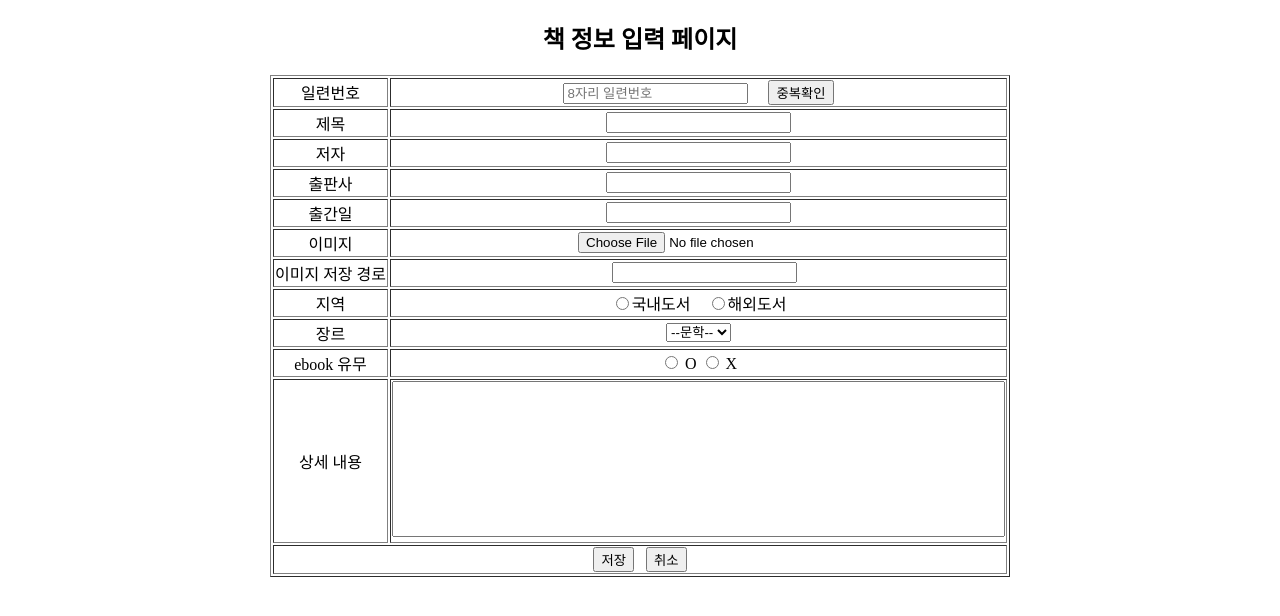
Repository: Served01/Project2_2209
Page: http://localhost/bookReviewProgram/bkInsertform.jsp
An editor plug-in stored every save of this project. The page is shown before and after the next save, followed by the edit.
The browser window is 1280 px wide. The pictures show the whole page.
The page is served by Tomcat 9.

Above is the page before, as saved 2022-09-24 02:56:59.

After the next save:
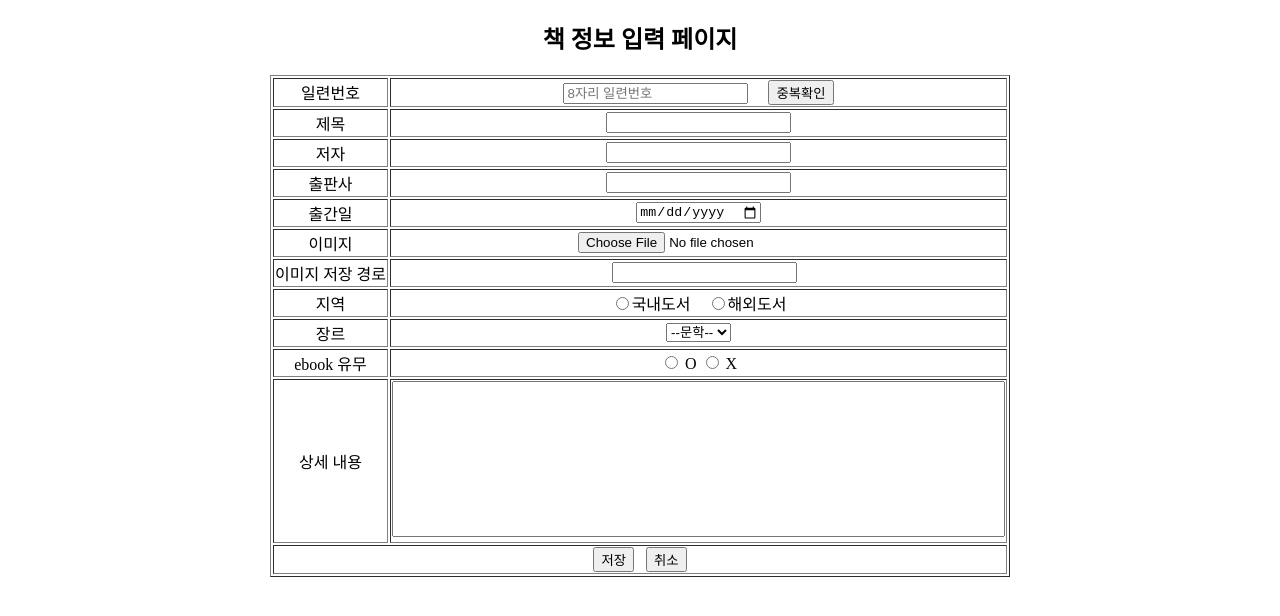
Saved 24 s later.
--- a/bookReviewProgram/src/main/webapp/bkInsertform.jsp
+++ b/bookReviewProgram/src/main/webapp/bkInsertform.jsp
@@ -36,7 +36,7 @@
 	</tr>
 	<tr align = "center">
 		<td>출간일</td>
-		<td><input type="text" name="bk_pubdate"/></td>
+		<td><input type="date" name="bk_pubdate"/></td>
 	</tr>
 	<tr align = "center">
 		<td>이미지</td>
